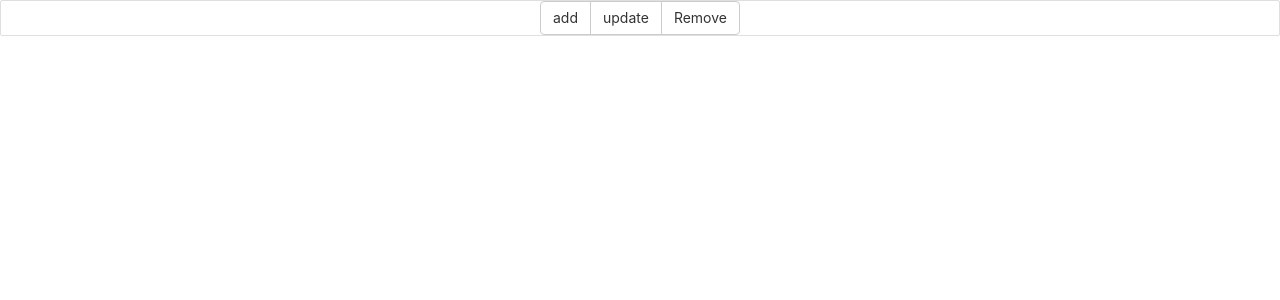
Repository: busiui/react
Page: /
An editor plug-in stored every save of this project. The page is shown before and after a run of saves, followed by the edit.
The browser window is 1280 px wide. The pictures show the whole page.
The project was rebuilt for these pictures with package versions that can differ from the ones it lists, and the page was loaded fresh each time.

Above is the page before, as saved 2020-03-18 20:54:43.

After the next 4 saves:
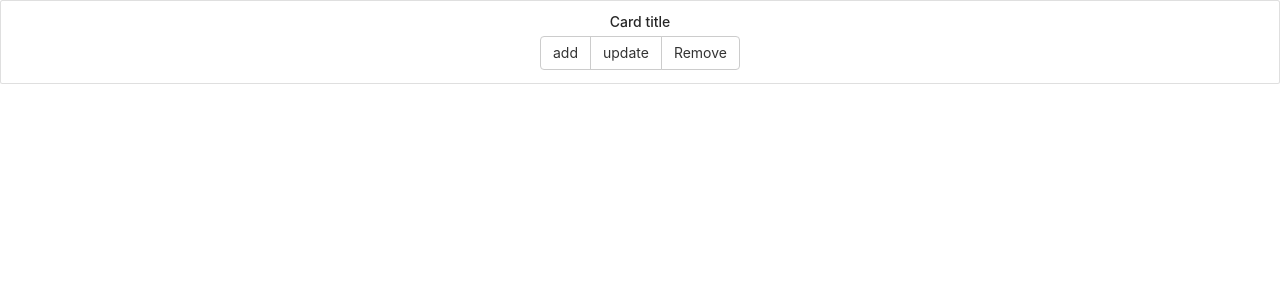
The 4 saves are shown as one change because 2 did not build or start and some came seconds apart.
The last was saved 38 s later.
--- a/src/App.js
+++ b/src/App.js
@@ -9,7 +9,8 @@
   render() {
     return (
       <div className="card">
-        <div className="cardBody">
+        <div className="card-body">
+        <h5 class="card-title">Card title</h5>
           {/* <div class="input-group">
           <span class="input-group-addon">$</span>
           <input type="text" class="form-control" aria-label="Amount (to the nearest dollar)" />
